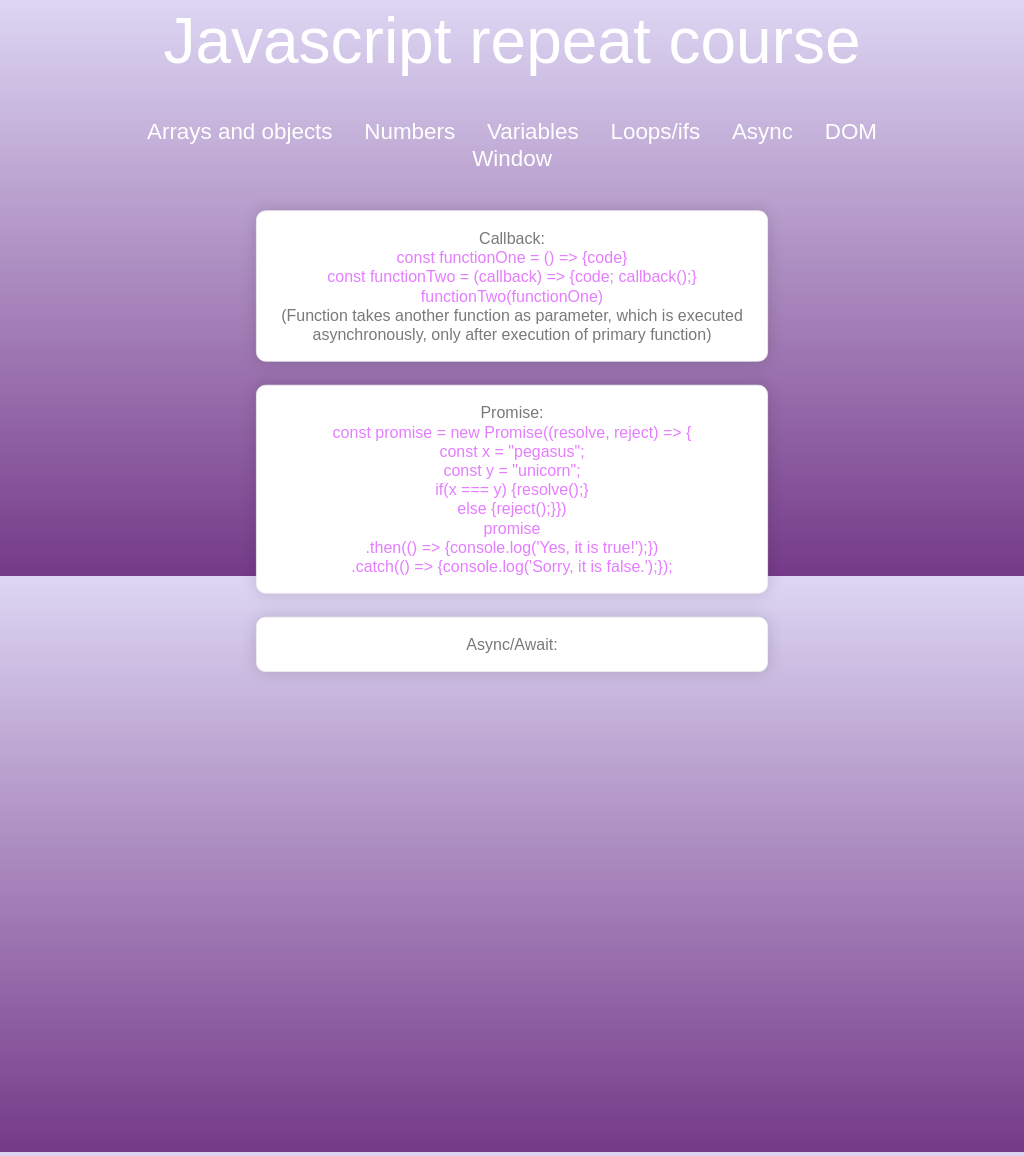
Repository: michalgornicki/javascript
Page: /#/Async
An editor plug-in stored every save of this project. The page is shown before and after a run of saves, followed by the edit.
The browser window is 1280 px wide. The pictures show the whole page, at 80% of full size.
Backgrounds fixed to the window are drawn as part of the page. The project was rebuilt for these pictures with package versions that can differ from the ones it lists, and the page was loaded fresh each time. Also part of the build but not shown: src/index.css, src/components/arrays.jsx, src/components/variables.jsx, src/components/numbers.jsx, src/components/loops.jsx, src/components/DOM manipulation.jsx, src/components/window.jsx.

Above is the page before, as saved 2022-02-04 12:44:31.

### src/App.jsx
import React from "react";
import "./App.css";
import "bootstrap/dist/css/bootstrap.min.css";
import { Route, HashRouter as Router, Routes, Link } from "react-router-dom";
import Arrays from "./components/arrays.jsx"
import Variables from "./components/variables.jsx"
import Numbers from "./components/numbers.jsx"
import Loops from "./components/loops.jsx"
import Async from "./components/async.jsx"
import DOM from "./components/DOM manipulation.jsx"
import Window from "./components/window.jsx"

function App() {


  return (


    <Router>
    <div className="text-center">
      <div className="display-1 mt-1 mb-5 text-white">Javascript repeat course</div>

      <div className="h3 d-flex w-75 m-auto my-5 justify-content-evenly flex-wrap text-white">

      <Link className="link-style mx-3" to="/">Arrays and objects</Link>
      <Link className="link-style mx-3" to="/Numbers">Numbers</Link>
      <Link className="link-style mx-3" to="/Variables">Variables</Link>
      <Link className="link-style mx-3" to="/Loops">Loops/ifs</Link>
      <Link className="link-style mx-3" to="/Async">Async</Link>
      <Link className="link-style mx-3" to="/DOM">DOM</Link>
      <Link className="link-style mx-3" to="/Window">Window</Link>


      </div>

      <Routes>
          <Route path="/" element={<Arrays />} />
          <Route path="/Numbers" element={<Numbers />} />
          <Route path="/Variables" element={<Variables />} />
          <Route path="/Loops" element={<Loops />} />
          <Route path="/Async" element={<Async />} />
          <Route path="/DOM" element={<DOM />} />
          <Route path="/Window" element={<Window />} />
        </Routes>


    </div>
    </Router>
  );
}

export default App;

### src/App.css
body{
    font-family: Arial, Helvetica, sans-serif!important;
    overflow-x: hidden;
    padding-bottom: 80vh;
    height: auto;
    background: linear-gradient( #ddd6f3, #753a88);
    background-attachment: fixed;
}

.js-item{
    color:rgb(121, 121, 121);
    background-color: white;
    transition: 0.2s;
    padding: 3vh;
    margin-bottom: 4vh!important;
    border: 1px solid rgb(240, 240, 240);
    width: 50%;
    margin-left: auto;
    margin-right: auto;
    box-shadow: 0px 0px 20px rgba(0, 0, 0, 0.15);
    border-radius: 0.75rem;
}

.js-item:hover{
    cursor: pointer;
    background-color: rgb(240, 240, 240);
}

.text-pink{
    color:rgb(229, 125, 255)!important;
}

.link-style{
    color: inherit;
    text-decoration: inherit;
}

.link-style:hover{
    color: rgb(229, 125, 255);
}

@media only screen and (max-device-width: 600px), (max-width: 600px) {

    .js-item{
        width: 95%;
    }

}

### src/components/async.jsx
const Async = () => {
  const functionOne = () => {
    console.log("aaa");
  };
  const functionTwo = (callback) => {
    console.log("bbb");
    callback();
  };
  functionTwo(functionOne);

  return (
    <div className="">
      <div className="js-item h5">
        {" "}
        <span className="">Callback: </span> <br />
        <span className="text-pink">{`const functionOne = () => {code}`}</span> <br />
        <span className="text-pink">{`const functionTwo = (callback) => {code; callback();}`}</span> <br />
        <span className="text-pink">{`functionTwo(functionOne)`}</span> <br /> (Function takes another function as parameter, which is executed asynchronously, only after execution of primary function)
      </div>
      <div className="js-item h5">
        {" "}
        <span className="">Promise: </span> <br />
        <span className="text-pink">{`const promise = new Promise((resolve, reject) => {`}</span> <br />
        <span className="text-pink">{`const x = "pegasus";`}</span> <br />
        <span className="text-pink">{`const y = "unicorn";`}</span> <br />
        <span className="text-pink">{` if(x === y) {resolve();}`}</span> <br />
        <span className="text-pink">{` else {reject();}})`}</span> <br />
        <span className="text-pink">{`promise`}</span> <br />
        <span className="text-pink">{`.then(() => {console.log('Yes, it is true!');})`}</span> <br />
        <span className="text-pink">{`.catch(() => {console.log('Sorry, it is false.');});`}</span> <br />
      </div>
      <div className="js-item h5">
        {" "}
        <span className="">Async/Await: </span> <br />

      </div>
    </div>
  );
};

export default Async;

Loaded but not shown: public/index.html (common file); src/index.js (common file); src/reportWebVitals.js (common file)

After the next 2 saves:
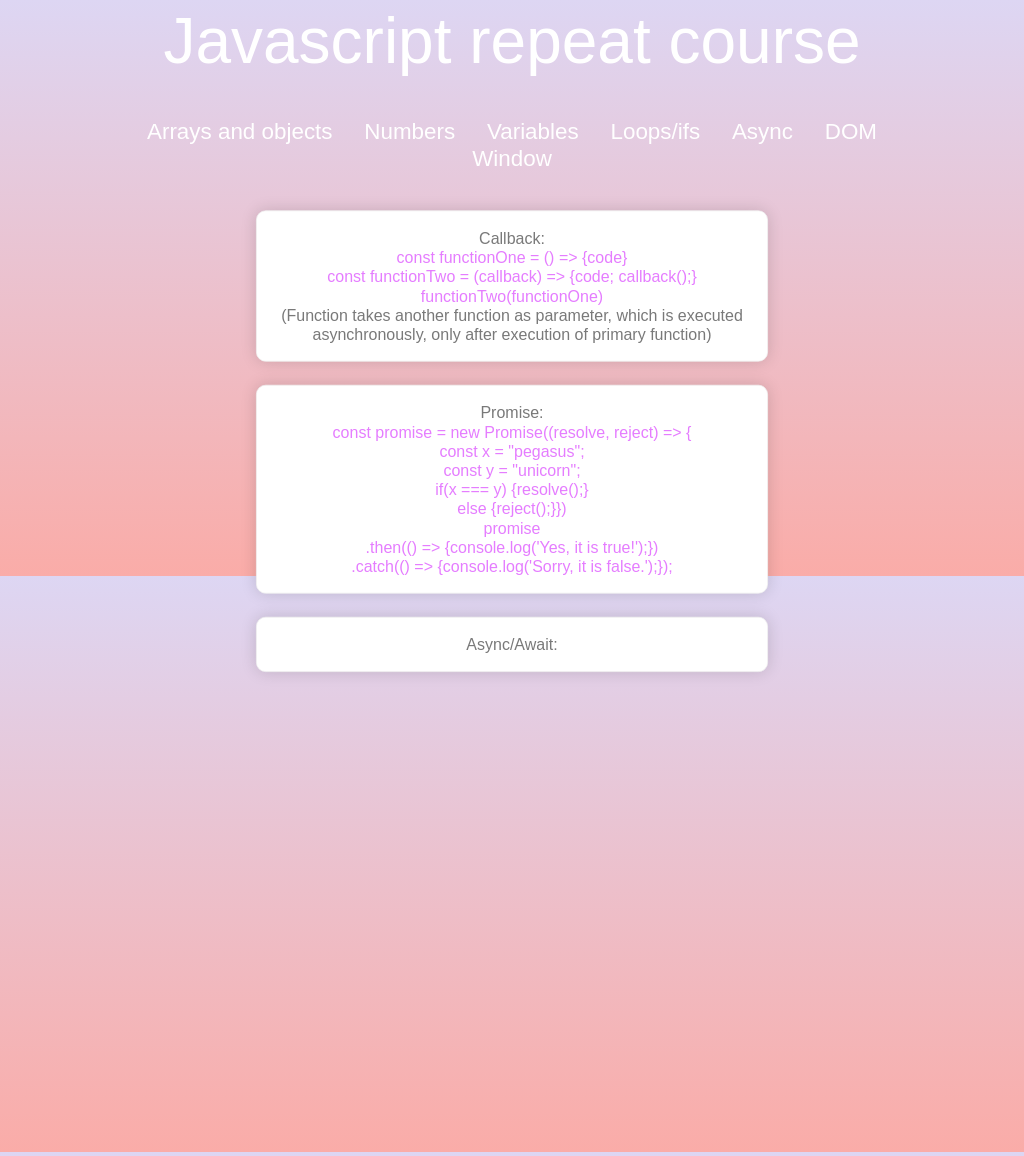
The 2 saves are shown as one change because they came seconds apart.
The last was saved 5 s later.
--- a/src/App.css
+++ b/src/App.css
@@ -3,7 +3,7 @@ body{
     overflow-x: hidden;
     padding-bottom: 80vh;
     height: auto;
-    background: linear-gradient( #ddd6f3, #753a88);
+    background: linear-gradient( #ddd6f3, #faaca8);
     background-attachment: fixed;
 }
 
